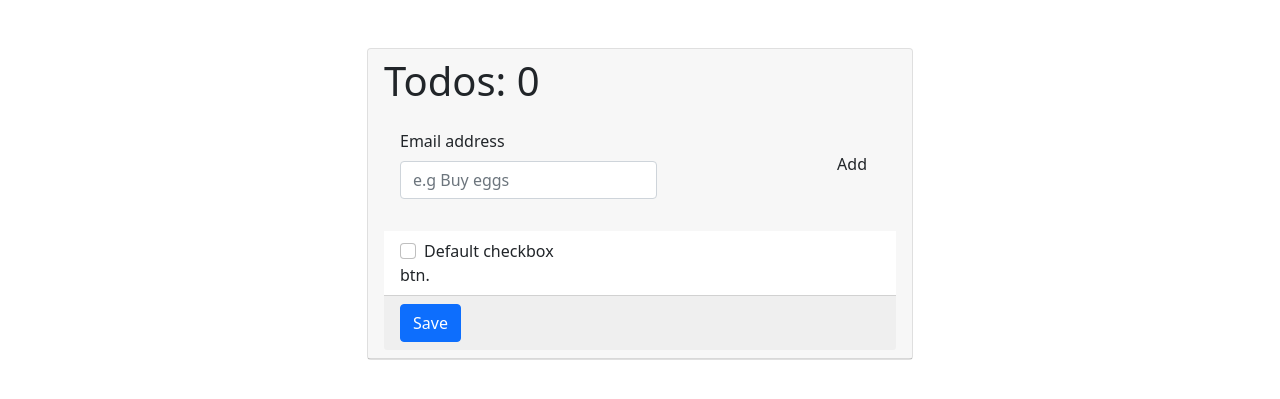
Repository: saidabbasun/TODO-react-redux
Page: /
These files come from the project's save history. The page is drawn as it stood at one moment and after the next save; the edit follows.
The browser window is 1280 px wide. The pictures show the whole page.
The project was rebuilt for these pictures with package versions that can differ from the ones it lists, and the page was loaded fresh each time.

Above is the page before, as saved 2022-05-17 12:08:21.

### public/index.html
<!DOCTYPE html>
<html lang="en">
  <head>
    <meta charset="utf-8" />

    <meta name="viewport" content="width=device-width, initial-scale=1" />
    <meta name="theme-color" content="#000000" />
    <meta
      name="description"
      content="Web site created using create-react-app"
    />
    <link href="https://cdn.jsdelivr.net/npm/bootstrap@5.0.2/dist/css/bootstrap.min.css" rel="stylesheet" integrity="sha384-EVSTQN3/azprG1Anm3QDgpJLIm9Nao0Yz1ztcQTwFspd3yD65VohhpuuCOmLASjC" crossorigin="anonymous">

    <title>React App</title>
  </head>
  <body>

    <div id="root"></div>

  </body>
</html>

### src/index.js
import React from 'react';
import ReactDOM from 'react-dom/client';
import App from './App';

const root = ReactDOM.createRoot(document.getElementById('root'));
root.render(
  <React.StrictMode>
    <App />
  </React.StrictMode>
);

### src/App.jsx
function App() {
  return (
    <div className="container">
      <div className="row">
        <div className="col-md-6 offset-md-3">
          <div className="card mt-5">
            <div className="card-header">
              <h1>Todos: 0</h1>
              <div>
                <div className="card-body">
                <form class="mb-3 d-flex justify-content-between align-items-center">
   <div> <label for="exampleFormControlInput1" class="form-label">Email address</label>
  <input type="text" class="form-control" id="exampleFormControlInput1" placeholder="e.g Buy eggs"/>
</div>
  <button className=" btn btn-succes"> Add</button>
</form>
                </div>
                  <ul class="list-group list-group-flush">
                    <li class="list-group-item">
                  <div>
                  <input class="form-check-input me-2" type="checkbox" value="" id="flexCheckDefault"/>
                    <label class="form-check-label" for="flexCheckDefault">
                       Default checkbox
                    </label>
                  </div>
                  btn.
                    </li>

                  </ul>

                <div className=" card-footer">
                  <button className="btn btn-primary">Save</button>
                </div>
              </div>
            </div>
          </div>
        </div>
      </div>
    </div>
  );
}

export default App;

After the next save:
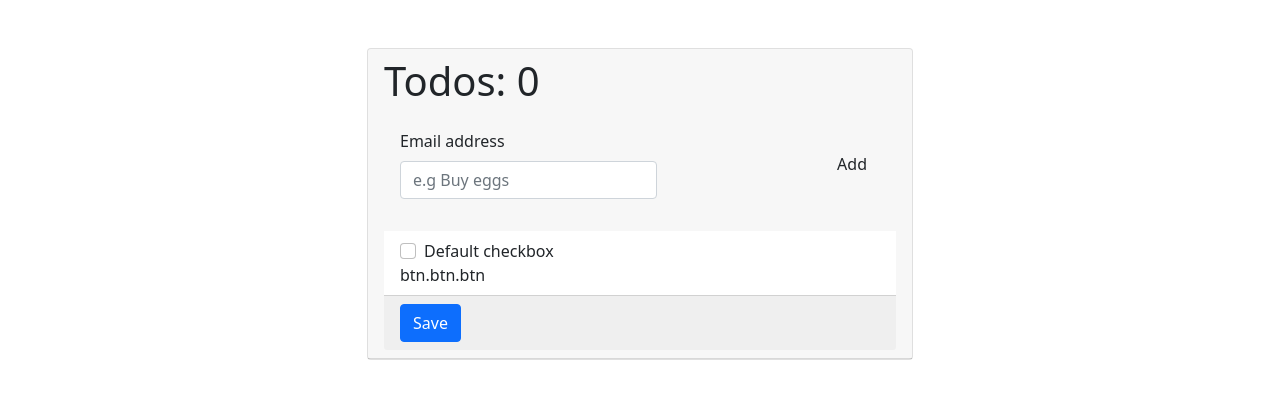
Saved 4 s later.
--- a/src/App.jsx
+++ b/src/App.jsx
@@ -23,7 +23,7 @@ function App() {
                        Default checkbox
                     </label>
                   </div>
-                  btn.
+                  btn.btn.btn
                     </li>
 
                   </ul>
